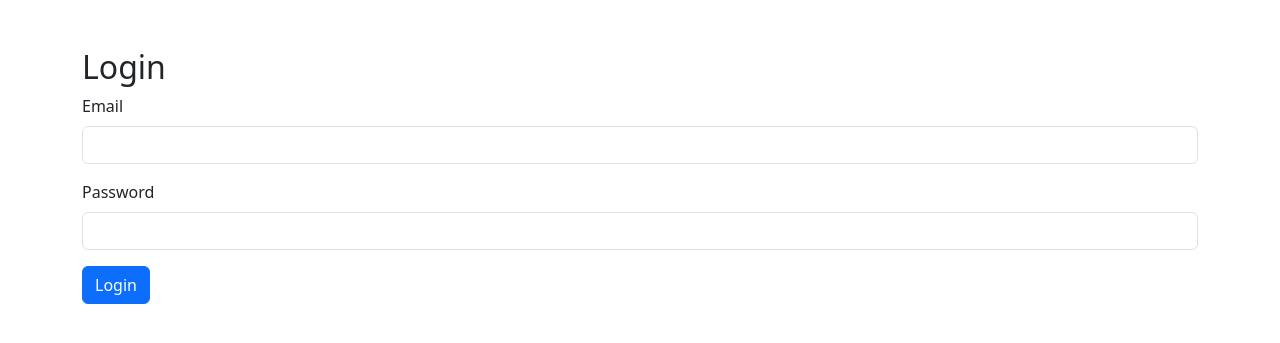
Repository: Abdulahi338/Authentication-using-laravel-11
Page: http://localhost/login
These files come from the project's save history. The page is drawn as it stood at one moment and after the next save; the edit follows.
The browser window is 1280 px wide. The pictures show the whole page.
The page is served by the project's Laravel application, run on PHP 8.4 with Laravel 12. Other server files are loaded and not shown.

Above is the page before, as saved 2024-09-25 09:55:11.

### routes/web.php
<?php

use Illuminate\Support\Facades\Route;
use App\Http\Controllers\AuthController;  // Import the AuthController

Route::get('/register', function () {
    return view('auth.register');
});


Route::post('/register', [AuthController::class, 'register']);

Route::post('/login', [AuthController::class, 'login']); // POST for login
Route::get('/login', function () {
    return view('auth.login'); // GET for displaying the login form
});

Route::get('/verify-email/{token}', [AuthController::class, 'verifyEmail']);
Route::get('/dashboard', [AuthController::class, 'dashboard'])->name('dashboard');

Route::post('/logout', [AuthController::class, 'logout'])->name('logout');

Route::post('/resend-verification', [AuthController::class, 'resendVerification'])->name('verification.resend');


Route::get('/verification-notice', function () {
    return view('auth.verification-notice');
})->name('verification.notice');

### resources/views/auth/login.blade.php
{{-- resources/views/auth/login.blade.php --}}
<!DOCTYPE html>
<html lang="en">
<head>
    <meta charset="UTF-8">
    <meta name="viewport" content="width=device-width, initial-scale=1.0">
    <link href="https://cdn.jsdelivr.net/npm/bootstrap@5.3.0-alpha1/dist/css/bootstrap.min.css" rel="stylesheet">
    <title>Login</title>
</head>
<body>
    <div class="container mt-5">
        <h2>Login</h2>

        @if(session('message'))
            <div class="alert alert-info">{{ session('message') }}</div>
        @endif

        @if ($errors->any())
            <div class="alert alert-danger">
                <ul>
                    @foreach ($errors->all() as $error)
                        <li>{{ $error }}</li>
                    @endforeach
                </ul>
            </div>
        @endif

        <form action="{{ url('/login') }}" method="POST">
            @csrf
            <div class="mb-3">
                <label for="email" class="form-label">Email</label>
                <input type="email" class="form-control" id="email" name="email" value="{{ old('email') }}" required>
            </div>
            <div class="mb-3">
                <label for="password" class="form-label">Password</label>
                <input type="password" class="form-control" id="password" name="password" required>
            </div>
            <button type="submit" class="btn btn-primary">Login</button>
        </form>
    </div>
</body>
</html>

After the next save:
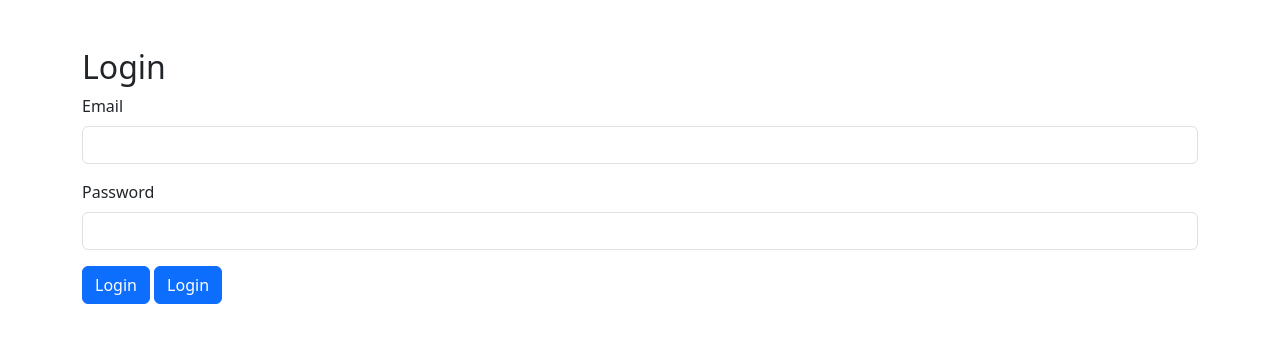
Saved 4 min 16 s later.
--- a/resources/views/auth/login.blade.php
+++ b/resources/views/auth/login.blade.php
@@ -36,6 +36,7 @@
                 <input type="password" class="form-control" id="password" name="password" required>
             </div>
             <button type="submit" class="btn btn-primary">Login</button>
+            <button type="submit" class="btn btn-primary">Login</button>
         </form>
     </div>
 </body>
